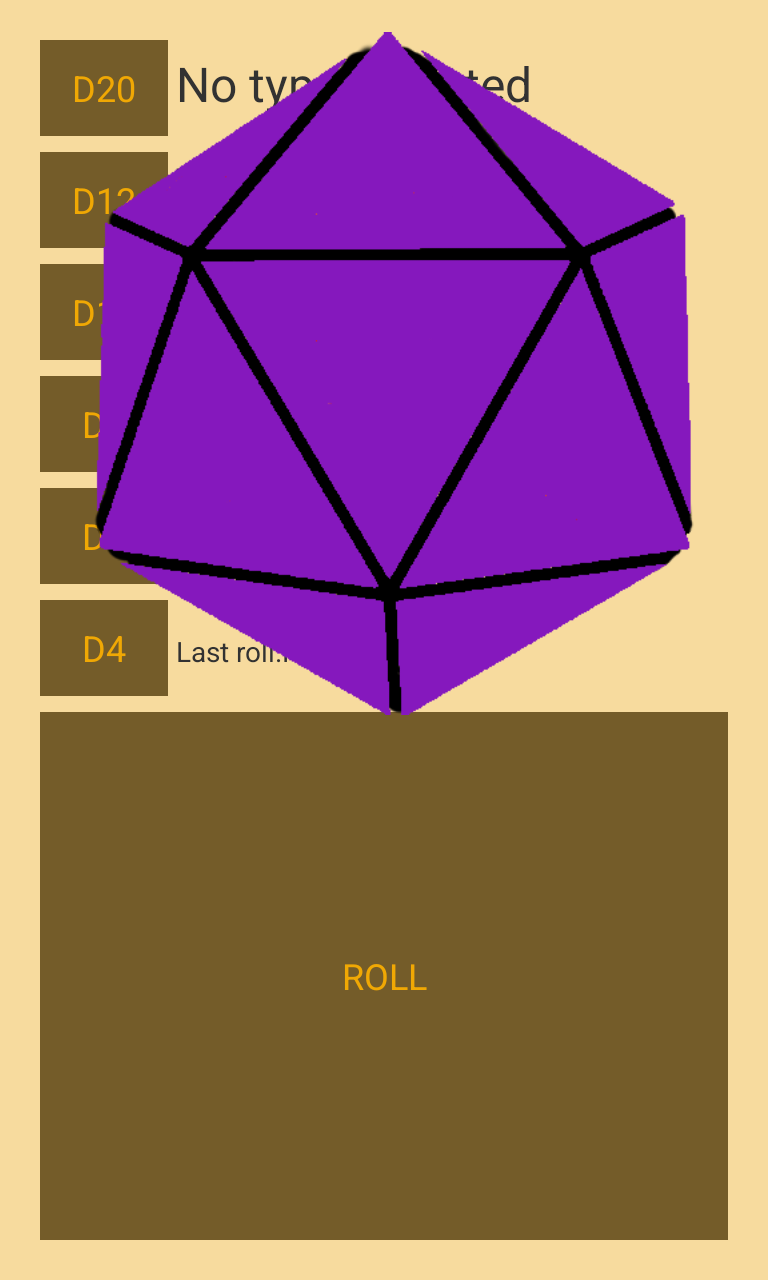
Repository: Bjodol/Roller
Layout: Roller3/res/layout/activity_main.xml
An editor plug-in stored every save of this project. The layout is shown before and after the next save, followed by the edit.
It is drawn on a 768 x 1280 px phone screen (xhdpi) without system bars, with theme AppTheme; the app's code is not run. The app's manifest (not shown) leaves right-to-left support off. So textAlignment, textDirection and layoutDirection are ignored, and left and right values win over start and end ones.

Above is the layout before, as saved 2013-08-31 09:26:56.

### Roller3/res/layout/activity_main.xml
<RelativeLayout xmlns:android="http://schemas.android.com/apk/res/android"
    xmlns:tools="http://schemas.android.com/tools"
    android:layout_width="fill_parent"
    android:layout_height="fill_parent"
    android:background="@color/Beige"
    android:gravity="top"
    android:paddingBottom="@dimen/activity_vertical_margin"
    android:paddingLeft="@dimen/activity_horizontal_margin"
    android:paddingRight="@dimen/activity_horizontal_margin"
    android:paddingTop="@dimen/activity_vertical_margin"
    tools:context=".MainActivity" >

    <Button
        android:id="@+id/d12"
        android:layout_margin="4dp"
        android:background="@color/Brown"
        android:textColor="@color/Bronze"
        android:layout_width="wrap_content"
        android:layout_height="wrap_content"
        android:layout_below="@+id/d20"
        android:onClick="d12"
        android:text="@string/d12" />

    <TextView
        android:id="@+id/dice_type"
        android:layout_width="wrap_content"
        android:layout_height="wrap_content"
        android:layout_alignBaseline="@id/d20"
        android:layout_toRightOf="@id/d20"
        android:text="@string/noDiceType"
        android:textAlignment="center"
        android:textSize="24sp" />

    <TextView
        android:id="@+id/current_roll_text"
        android:layout_width="wrap_content"
        android:layout_height="wrap_content"
        android:layout_alignBaseline="@id/d12"
        android:layout_below="@id/dice_type"
        android:layout_toRightOf="@id/d12"
        android:text="@string/youRolled"
        android:textAlignment="center"
        android:textSize="32sp" />

    <TextView
        android:id="@+id/dice_throw"
        android:layout_width="wrap_content"
        android:layout_height="wrap_content"
        android:layout_alignBottom="@+id/d6"
        android:layout_alignTop="@+id/d10"
        android:layout_toRightOf="@id/d20"
        android:text="@string/noRolls"
        android:textAlignment="center"
        android:textSize="48sp" />

    <TextView
        android:id="@+id/last_roll_text"
        android:layout_width="wrap_content"
        android:layout_height="wrap_content"
        android:layout_alignBaseline="@+id/d4"
        android:layout_alignBottom="@+id/d4"
        android:layout_alignLeft="@+id/dice_throw"
        android:text="@string/lastRoll"
        android:textAlignment="center"
        android:textSize="14sp" />

    <TextView
        android:id="@+id/last_roll_value"
        android:layout_width="wrap_content"
        android:layout_height="wrap_content"
        android:layout_alignBaseline="@id/last_roll_text"
        android:layout_toRightOf="@id/last_roll_text"
        android:text="@string/noRolls"
        android:textAlignment="center"
        android:textSize="14sp" />

    <Button
        android:id="@+id/roll_button"
        android:background="@color/Brown"
        android:layout_margin="4dp"
        android:layout_width="fill_parent"
        android:layout_height="wrap_content"
        android:layout_below="@+id/d4"
        android:layout_alignParentBottom="true"
        android:onClick="roll"
        android:text="@string/roll"
        android:textColor="@color/Bronze" />

    <Button
        android:id="@+id/d10"
        android:layout_margin="4dp"
        android:background="@color/Brown"
        android:textColor="@color/Bronze"
        android:layout_width="wrap_content"
        android:layout_height="wrap_content"
        android:layout_below="@+id/d12"
        android:layout_toLeftOf="@+id/current_roll_text"
        android:onClick="d10"
        android:text="@string/d10" />

    <Button
        android:id="@+id/d8"
        android:layout_margin="4dp"
        android:background="@color/Brown"
        android:textColor="@color/Bronze"
        android:layout_width="wrap_content"
        android:layout_height="wrap_content"
        android:layout_below="@+id/d10"
        android:layout_toLeftOf="@+id/current_roll_text"
        android:onClick="d8"
        android:text="@string/d8" />

    <Button
        android:id="@+id/d6"
        android:layout_margin="4dp"
        android:background="@color/Brown"
        android:textColor="@color/Bronze"
        android:layout_width="wrap_content"
        android:layout_height="wrap_content"
        android:layout_below="@+id/d8"
        android:layout_toLeftOf="@+id/current_roll_text"
        android:onClick="d6"
        android:text="@string/d6" />

    <Button
        android:id="@+id/d4"
        android:layout_margin="4dp"
        android:background="@color/Brown"
        android:textColor="@color/Bronze"
        android:layout_width="wrap_content"
        android:layout_height="wrap_content"
        android:layout_below="@+id/d6"
        android:layout_toLeftOf="@+id/current_roll_text"
        android:onClick="d4"
        android:text="@string/d4" />

    <Button
        android:id="@+id/d20"
        android:layout_width="wrap_content"
        android:layout_height="wrap_content"
        android:layout_alignParentLeft="true"
        android:layout_alignParentTop="true"
        android:layout_margin="4dp"
        android:layout_marginTop="21dp"
        android:background="@color/Brown"
        android:onClick="d20"
        android:text="@string/d20"
        android:textColor="@color/Bronze" />

    <ImageView
        android:id="@+id/purpleDice"
        android:layout_width="wrap_content"
        android:layout_height="wrap_content"
        android:layout_alignParentRight="true"
        android:src="@drawable/purple_dice" />

</RelativeLayout>

### Roller3/res/values/strings.xml
<?xml version="1.0" encoding="utf-8"?>
<resources>

    <string name="app_name">Roller</string>
    <string name="action_settings">Settings</string>
    <string name="d20">D20</string>
    <string name="d12">D12</string>
    <string name="d10">D10</string>
    <string name="d8">D8</string>
    <string name="d6">D6</string>
    <string name="d4">D4</string>
    <string name="roll">ROLL</string>
    <string name="youRolled">You rolled:</string>
    <string name="noRolls">No roll yet</string>
    <string name="lastRoll">Last roll:</string>
    <string name="noDiceType">No type selected</string>
    <color name="Purple">#9e14e8</color>
    <color name="Beige">#f7db9e</color>
    <color name="Bronze">#F0A804</color>
    <color name="Brown">#745c29</color>

</resources>

Loaded but not shown: Roller3/res/values/styles.xml (common file); Roller3/res/values-v11/styles.xml (common file); Roller3/res/values-v14/styles.xml (common file); Roller3/res/values/dimens.xml (common file)

After the next save:
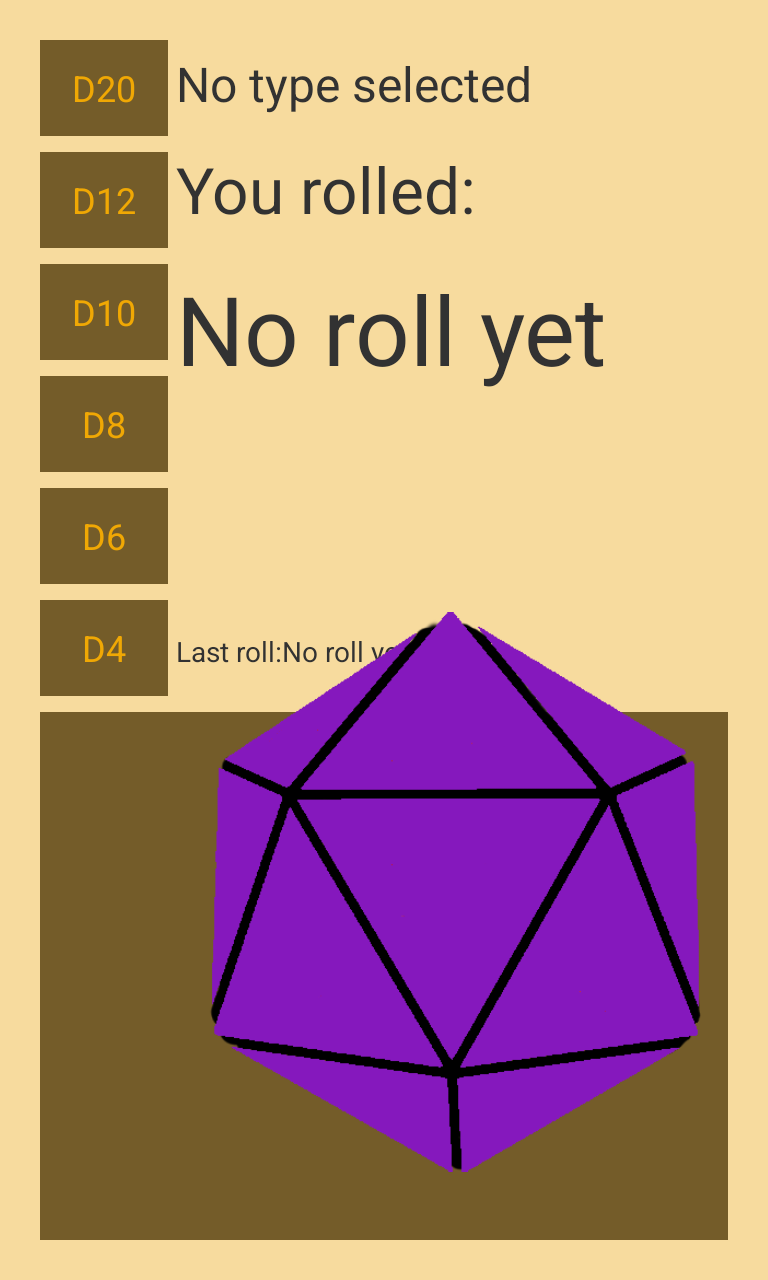
Saved 44 s later.
--- a/Roller3/res/layout/activity_main.xml
+++ b/Roller3/res/layout/activity_main.xml
@@ -151,6 +151,8 @@
         android:id="@+id/purpleDice"
         android:layout_width="wrap_content"
         android:layout_height="wrap_content"
+        android:layout_toRightOf="@id/d6"
+        android:layout_alignBaseline="@id/d6"
         android:layout_alignParentRight="true"
         android:src="@drawable/purple_dice" />
 
